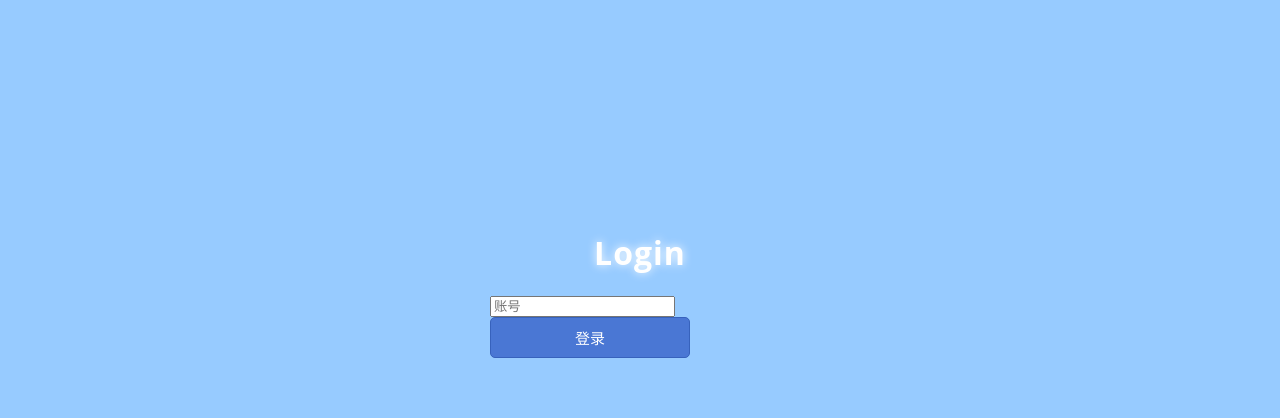
Repository: SnugHAN/gg
Page: http://localhost/bank/
An editor plug-in stored every save of this project. The page is shown before and after the next save, followed by the edit.
The browser window is 1280 px wide. The pictures show the whole page.
The page is served by Tomcat 9. Queries for data that is not in the repository find no rows.

Above is the page before, as saved 2016-11-30 13:32:36.

### bank/bank/WebRoot/index.jsp
<%@ page language="java" import="java.util.*" pageEncoding="utf-8"%>

<%
String path = request.getContextPath();
String basePath = request.getScheme()+"://"+request.getServerName()+":"+request.getServerPort()+path+"/";
%>
<%@ page language="java" contentType="text/html; charset=utf-8"%>
<%@ page import="java.sql.* "%>

<%@ page import="java.lang.String" %>
<%@ page import="java.sql.ResultSet" %>
<!DOCTYPE HTML PUBLIC "-//W3C//DTD HTML 4.01 Transitional//EN">
<html>
  <head>
    <base href="<%=basePath%>">

    <title>我存我惠</title>
	<meta http-equiv="pragma" content="no-cache">
	<meta http-equiv="cache-control" content="no-cache">
	<meta http-equiv="expires" content="0">
	<meta http-equiv="keywords" content="keyword1,keyword2,keyword3">
	<meta http-equiv="description" content="This is my page">
	<!--
	<link rel="stylesheet" type="text/css" href="styles.css">
	-->
  <link rel="stylesheet" type="text/css" href="css/login.css"/>
  </head>
  <body>
     <div id="login">
        <h1>Login</h1>
        <form method="post" action="index.jsp">

            <input class="inpu" type="text" required="required" placeholder="账号" name="username">
            <button class="but" type="submit" >登录</button>
        </form>
    </div>

     <%

   String username = request.getParameter("username");
   try{
	   Class.forName("oracle.jdbc.driver.OracleDriver");

   }catch(ClassNotFoundException e){

	   e.printStackTrace();
   }

   try{
       //Class.forName("oracle.jdbc.driver.OracleDriver").newInstance();
       Connection con = DriverManager.getConnection("jdbc:oracle:thin:@localhost:1521:orcl","system","hankangqi");
       if(con==null){
          System.out.println("与oracle数据库连接失败！");
      }else{
    	  System.out.println("与oracle数据库连接成功！");
      }
       Statement stmt = con.createStatement();
       String sql = "select * from hkm where username='"+username+"'";
       System.out.println(username);
       ResultSet rs = stmt.executeQuery(sql);
       //System.out.println("不错");
       if(rs.next()){
    	  // System.out.println("fdsfdf");
    	   if(rs.getString("username").equals(username)){
        	  // System.out.println("不错");
               %>
               <form method="post" action="admin.jsp">
               <input type="text" value="<%=rs.getString("username")%>" name="username" hidden>
               <input class="inp" type="submit" name="tijiao" placeholder="点击这里进入您的主页">
               </form>
               <%
           }else {
               response.sendRedirect("index.jsp");
           }

       }
       else{
    	   System.out.println("不对啊！");
       }
   }catch (Exception e) {
       e.printStackTrace();
   }


%>
  </body>
</html>

### bank/bank/WebRoot/css/login.css
@CHARSET "UTF-8";
html{
    width: 100%;
    height: 100%;
    overflow: hidden;
    font-style: sans-serif;
}
body{
    width: 100%;
    height: 100%;
    font-family: 'Open Sans',sans-serif;
    margin: 0;
    background-color: #97cbff;
}
#login{
    position: absolute;
    top: 50%;
    left:50%;
    margin: -150px 0 0 -150px;
    width: 300px;
    height: 300px;
}
#login h1{
    color: #fff;
    text-shadow:0 0 10px;
    letter-spacing: 1px;
    text-align: center;
}
h1{
    font-size: 2em;
    margin: 0.67em 0;
}
#input{
    width: 278px;
    height: 18px;
    margin-bottom: 10px;
    outline: none;
    padding: 10px;
    font-size: 13px;
    color: #fff;
    text-shadow:1px 1px 1px;
    border-top: 1px solid #312E3D;
    border-left: 1px solid #312E3D;
    border-right: 1px solid #312E3D;
    border-bottom: 1px solid #56536A;
    border-radius: 4px;
    background-color: #2D2D3F;
}
.but{
    width: 200px;
    min-height: 20px;
    display: block;
    background-color: #4a77d4;
    border: 1px solid #3762bc;
    color: #fff;
    padding: 9px 14px;
    font-size: 15px;
    line-height: normal;
    border-radius: 5px;
    margin: 0;
}

After the next save:
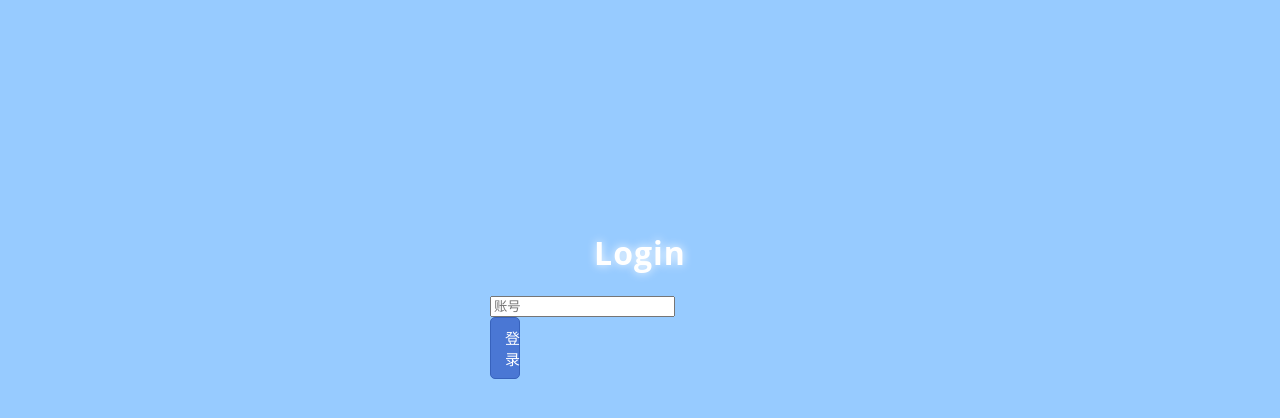
Saved 3 min 1 s later.
--- a/bank/bank/WebRoot/css/login.css
+++ b/bank/bank/WebRoot/css/login.css
@@ -31,8 +31,8 @@ h1{
     margin: 0.67em 0;
 }
 #input{
-    width: 278px;
-    height: 18px;
+    width: 300px;
+    height: 30px;
     margin-bottom: 10px;
     outline: none;
     padding: 10px;
@@ -47,7 +47,7 @@ h1{
     background-color: #2D2D3F;
 }
 .but{
-    width: 200px;
+    width: 20px;
     min-height: 20px;
     display: block;
     background-color: #4a77d4;
